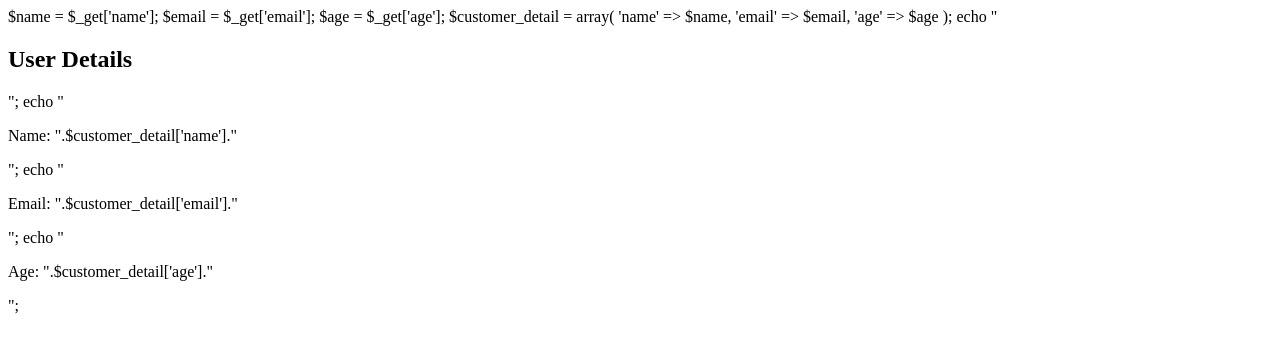
Repository: Haakim19/web-dev
Page: http://localhost/form.php
These files come from the project's save history. The page is drawn as it stood at one moment and after the next save; the edit follows.
The browser window is 1280 px wide. The pictures show the whole page.
The page is run by PHP 8.4 with error messages shown; the project is at /var/www/html/.

Above is the page before, as saved 2024-06-02 11:28:30.

After the next save:
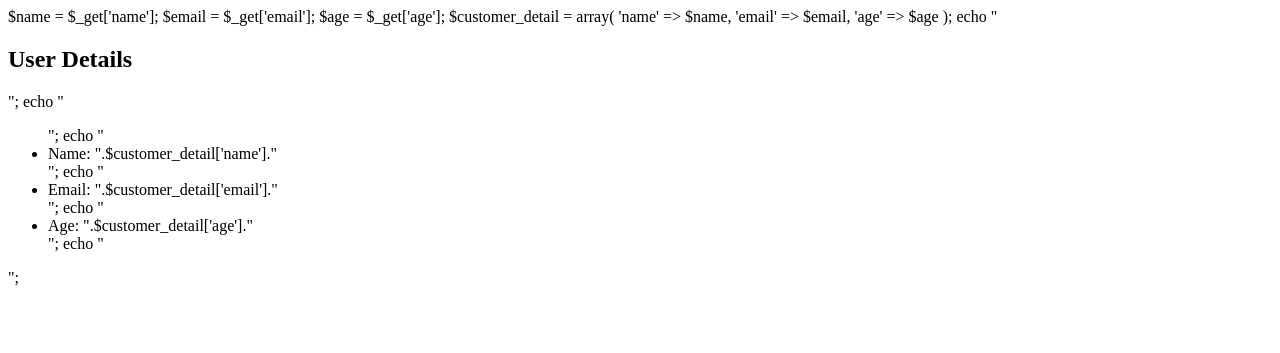
Saved 3 min 41 s later.
--- a/form.php
+++ b/form.php
@@ -9,6 +9,8 @@ $customer_detail = array(
 );
 
 echo "<h2>User Details</h2>";
-echo "<p>Name: ".$customer_detail['name']."</p>";
-echo "<p>Email: ".$customer_detail['email']."</p>";
-echo "<p>Age: ".$customer_detail['age']."</p>";
+echo "<ul>";
+echo "<li>Name: ".$customer_detail['name']."</li>";
+echo "<li>Email: ".$customer_detail['email']."</li>";
+echo "<li>Age: ".$customer_detail['age']."</li>";
+echo "</ul>";
